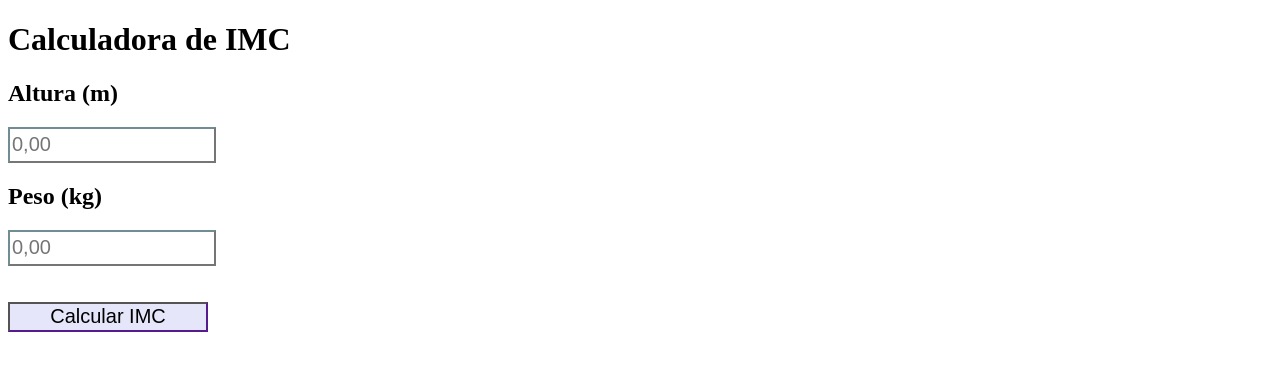
Repository: DeboraGuerra/programacaoWeb
Page: http://localhost/Desafio03/
An editor plug-in stored every save of this project. The page is shown before and after the next save, followed by the edit.
The browser window is 1280 px wide. The pictures show the whole page.
The page is served by Tomcat 9. Other server files are loaded and not shown.

Above is the page before, as saved 2020-03-24 00:02:47.

### projetos-java/Desafio03/WebContent/index.htm
<!DOCTYPE html>

<html>

	<head>
		<meta charset="UTF-8">
		<title>Calculadora de IMC</title>
		<link rel="stylesheet" href="style.css">
	</head>

	<body class="bkgPadrao">
		<form method="get" action="imc" name="formIMC">

			<h1>Calculadora de IMC</h1>

			<h2>Altura (m)</h2>
			<input type="number" class="caixa" name="altura" required="required"
			 placeholder="0,00" step="0.01" min=0>


			<h2>Peso (kg)</h2>
			<input type="number" class="caixa" name="peso" required="required"
			 placeholder="0,00" step="0.01" min=0>

			<br><br><br>
			<input type="submit" class="botao1" value="Calcular IMC">

		</form>
	</body>

</html>

### projetos-java/Desafio03/WebContent/style.css
@charset "UTF-8";

.backgroundPadrao {
	background-color: #98fb98;
}

.caixa {
    width: 200px;
    height: 30px;
    font-size: 20px;
    border-top-color: #b0e0e6;
    border-left-color: #b0e0e6;
}

.botao1 {
    background-color: #e6e6fa;
    width: 200px;
    height: 30px;
    font-size: 20px;
    border-right-color: #8a2be2;
    border-bottom-color: #8a2be2;
}

.botao2 {
    background-color: #e6e6fa;
    width: 250px;
    height: 30px;
    font-size: 20px;
    border-right-color: #8a2be2;
    border-bottom-color: #8a2be2;
}

After the next save:
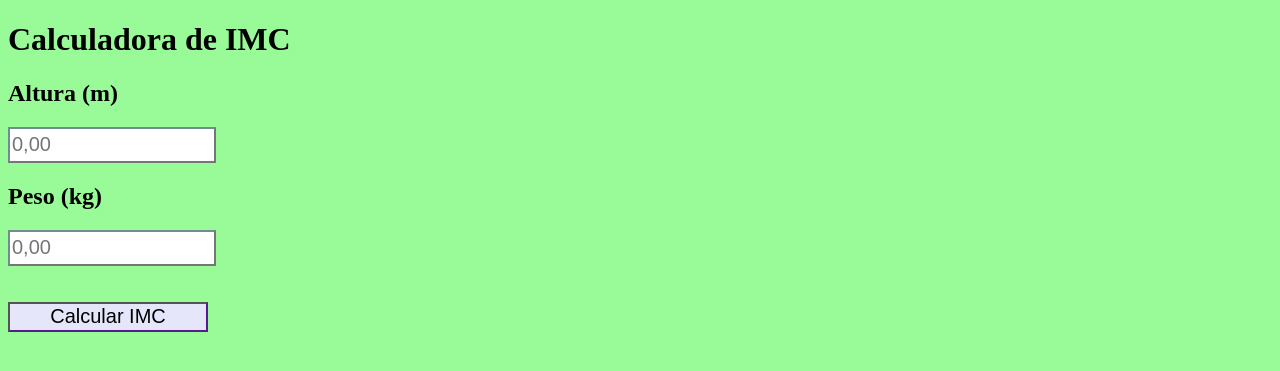
Saved 10 s later.
--- a/projetos-java/Desafio03/WebContent/style.css
+++ b/projetos-java/Desafio03/WebContent/style.css
@@ -1,6 +1,6 @@
 @charset "UTF-8";
 
-.backgroundPadrao {
+.bkgPadrao {
 	background-color: #98fb98;
 }
 
